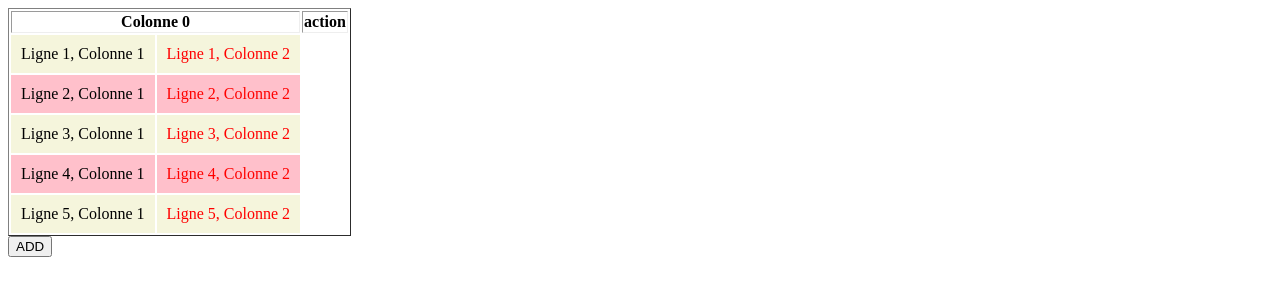
Repository: Chaimaa482/web-tp4
Page: ex1.html
An editor plug-in stored every save of this project. The page is shown before and after a run of saves, followed by the edit.
The browser window is 1280 px wide. The pictures show the whole page.

Above is the page before, as saved 2023-10-29 15:04:24.

### ex1.html
<!DOCTYPE html>
<html>
<style>
</style>
<body>
    <table border="1">
        <tr>
            <th>Colonne 0</th>
            <th>Colonne 0</th>
            <th>action</th>
        </tr>
        <tr>
            <td>Ligne 1, Colonne 1</td>
            <td>Ligne 1, Colonne 2</td>
        </tr>
        <tr>
            <td>Ligne 2, Colonne 1</td>
            <td>Ligne 2, Colonne 2</td>
        </tr>
        <tr>
            <td>Ligne 3, Colonne 1</td>
            <td>Ligne 3, Colonne 2</td>
        </tr>
        <tr>
            <td>Ligne 4, Colonne 1</td>
            <td>Ligne 4, Colonne 2</td>
        </tr>
        <tr>
            <td>Ligne 5, Colonne 1</td>
            <td>Ligne 5, Colonne 2</td>
        </tr>


    </table>
    <button>ADD</button>

    <script>
        var table = document.getElementsByTagName('table');
        var cells = document.getElementsByTagName("td");
        // Donner une couleur de fond rose aux lignes paires et beige aux lignes impaires
        var rows = document.querySelectorAll("tr");
        for (var i = 1; i < rows.length; i++) {
            if (i % 2 === 0) {
                rows[i].style.backgroundColor = "pink";
            } else {
                rows[i].style.backgroundColor = "beige";
            }
        }

        // Donner une classe col1 aux colonnes paires et col2 aux colonnes impaires
        for (var i = 0; i < cells.length; i++) {
            if (i % 2 === 0) {
                cells[i].style.color= 'black';
            } else {
                cells[i].style.color= 'red';
            }
        }
        //fusionner la premiere line
        var row = document.querySelector('table tr:first-child');
        row.cells[0].colSpan=2;
        row.removeChild(row.cells[1]);


        //delete bordure
        rows[0].style.border = "none";
        for (var i = 0; i < cells.length; i++) {
            cells[i].style.border = "none";
            cells[i].style.padding='10px'
        }

        //making the table cells editable on click
        for (var i = 0; i < cells.length; i++) {
        cells[i].addEventListener("click", function() {
        var cellText = this.innerText;
        this.innerHTML = "<input type='text' value='" + cellText + "'>";
        var input = this.querySelector("input");
        input.focus();
        input.addEventListener("blur", function() {
            cellText = this.value;
            this.parentNode.innerText = cellText;
        });
         }); }

         //add row
         var addButton = document.querySelector('button');
         addButton.addEventListener('click', function() {
          var newRow = document.createElement('tr');
          newRow.innerHTML = "<td><input type='text' value=''></td><td><input type='text' value=''></td><td></td>";
          document.querySelector('table').appendChild(newRow);
          });

          //delete button





    </script>
</body>
</html>

After the next 3 saves:
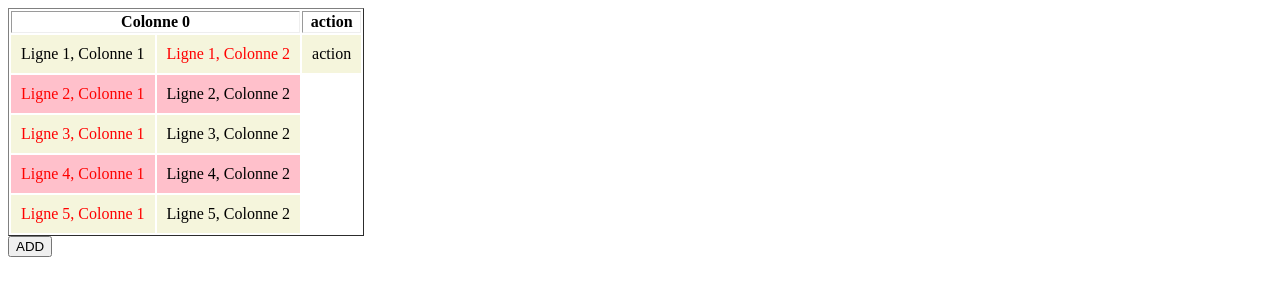
The 3 saves are shown as one change because they came seconds apart.
The last was saved 13 s later.
--- a/ex1.html
+++ b/ex1.html
@@ -12,6 +12,7 @@
         <tr>
             <td>Ligne 1, Colonne 1</td>
             <td>Ligne 1, Colonne 2</td>
+            <td>action</td>
         </tr>
         <tr>
             <td>Ligne 2, Colonne 1</td>
